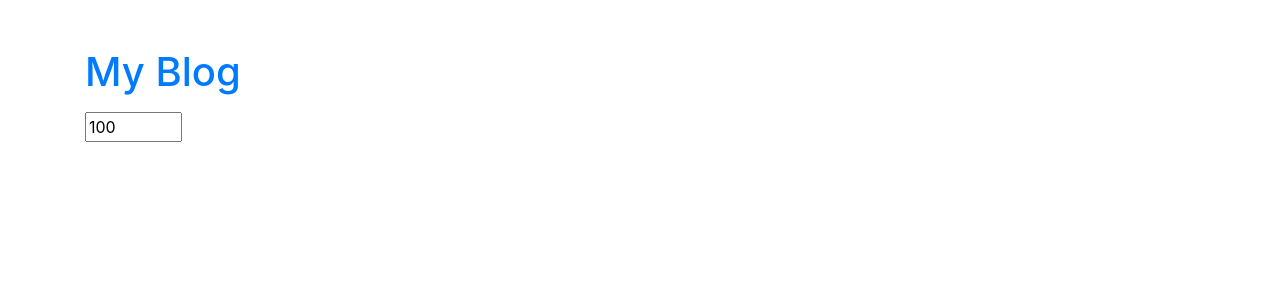
Repository: striver-69/Assignment_React
Page: /
An editor plug-in stored every save of this project. The page is shown before and after a run of saves, followed by the edit.
The browser window is 1280 px wide. The pictures show the whole page.
The page's requests for data from a server got no answer. The project was rebuilt for these pictures with package versions that can differ from the ones it lists, and the page was loaded fresh each time. No one was signed in, and anything a server would have sent is missing. Also part of the build but not shown: src/App.css.

Above is the page before, as saved 2021-04-05 23:26:22.

### public/index.html
<!DOCTYPE html>
<html lang="en">
  <head>
    <meta charset="utf-8" />
    <link rel="shortcut icon" href="%PUBLIC_URL%/favicon.ico" />
    <meta name="viewport" content="width=device-width, initial-scale=1" />
    <meta name="theme-color" content="#000000" />
    <!--
      manifest.json provides metadata used when your web app is installed on a
      user's mobile device or desktop. See https://developers.google.com/web/fundamentals/web-app-manifest/
    -->
    <link
      rel="stylesheet"
      href="https://stackpath.bootstrapcdn.com/bootstrap/4.3.1/css/bootstrap.min.css"
      integrity="sha384-ggOyR0iXCbMQv3Xipma34MD+dH/1fQ784/j6cY/iJTQUOhcWr7x9JvoRxT2MZw1T"
      crossorigin="anonymous"
    />
    <link rel="manifest" href="%PUBLIC_URL%/manifest.json" />
    <!--
      Notice the use of %PUBLIC_URL% in the tags above.
      It will be replaced with the URL of the `public` folder during the build.
      Only files inside the `public` folder can be referenced from the HTML.

      Unlike "/favicon.ico" or "favicon.ico", "%PUBLIC_URL%/favicon.ico" will
      work correctly both with client-side routing and a non-root public URL.
      Learn how to configure a non-root public URL by running `npm run build`.
    -->
    <title>React Pagination</title>
  </head>
  <body>
    <noscript>You need to enable JavaScript to run this app.</noscript>
    <div id="root"></div>
    <!--
      This HTML file is a template.
      If you open it directly in the browser, you will see an empty page.

      You can add webfonts, meta tags, or analytics to this file.
      The build step will place the bundled scripts into the <body> tag.

      To begin the development, run `npm start` or `yarn start`.
      To create a production bundle, use `npm run build` or `yarn build`.
    -->
  </body>
</html>

### src/App.js
import React, { useState, useEffect } from 'react';
// import Posts from './components/Posts';
// import Pagination from './components/Pagination';
// import axios from 'axios';
// import axios from './components/axios'
import axios from 'axios'
import './App.css';

const App = () => {
  const [limit,setLimit]=useState(100)
  const [success,setSuccess]=useState(false)
  const [launchFilter,setLaunchFilter]=useState(false)
  const [landFilter,useLandFilter]=useState(false)
  const [results, setResults] = useState([]);


  useEffect(()=>{
    async function fetchData(){
      const request=await axios.get('https://api.spaceXdata.com/v3/launches',{params:{
        limit:limit,
        launch_success:success
      }})
      setResults(request.data)
      return request
    }
    fetchData()
  },[limit])

  console.log(results)
  return (
    <div className='container mt-5'>
      <h1 className='text-primary mb-3'>My Blog</h1>
      <input type="number" min="1" max="100"value={limit} onChange={(e)=>setLimit(e.target.value)}/>
    </div>
  );
};

export default App;

### src/components/Results.js
import React,{useEffect} from 'react'

useEffect(()=>{
  async function fetchData(){
    const request=await axios.get('https://api.spaceXdata.com/v3/launches',{params:{
      limit:limit,
      launch_success:success
    }})
    setResults(request.data)
    return request
  }
  fetchData()
},[limit])

function Results() {
  return (
    <div>

    </div>
  )
}

export default Results

Loaded but not shown: src/index.js (common file)

After the next 4 saves:
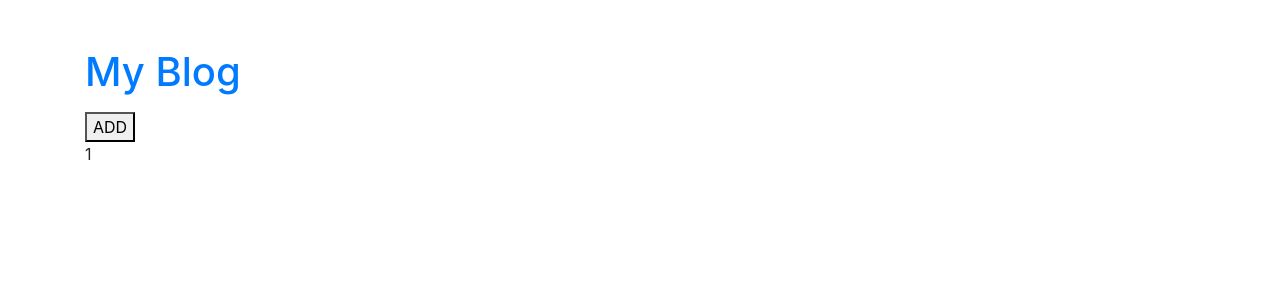
The 4 saves are shown as one change because 3 did not build or start.
The last was saved 5 min 10 s later.
--- a/src/App.js
+++ b/src/App.js
@@ -1,24 +1,16 @@
 import React, { useState, useEffect } from 'react';
-// import Posts from './components/Posts';
-// import Pagination from './components/Pagination';
-// import axios from 'axios';
-// import axios from './components/axios'
 import axios from 'axios'
 import './App.css';
+import Results from './components/Results';
 
 const App = () => {
-  const [limit,setLimit]=useState(100)
-  const [success,setSuccess]=useState(false)
-  const [launchFilter,setLaunchFilter]=useState(false)
-  const [landFilter,useLandFilter]=useState(false)
+  const [limit,setLimit]=useState(1)
   const [results, setResults] = useState([]);
-
 
   useEffect(()=>{
     async function fetchData(){
       const request=await axios.get('https://api.spaceXdata.com/v3/launches',{params:{
-        limit:limit,
-        launch_success:success
+        limit:limit
       }})
       setResults(request.data)
       return request
@@ -30,7 +22,8 @@ const App = () => {
   return (
     <div className='container mt-5'>
       <h1 className='text-primary mb-3'>My Blog</h1>
-      <input type="number" min="1" max="100"value={limit} onChange={(e)=>setLimit(e.target.value)}/>
+      <button onClick={()=>setLimit(limit+1)}>ADD</button>
+      <Results limit={limit} results={results}/>
     </div>
   );
 };
--- a/src/components/Results.js
+++ b/src/components/Results.js
@@ -1,21 +1,13 @@
-import React,{useEffect} from 'react'
-
-useEffect(()=>{
-  async function fetchData(){
-    const request=await axios.get('https://api.spaceXdata.com/v3/launches',{params:{
-      limit:limit,
-      launch_success:success
-    }})
-    setResults(request.data)
-    return request
-  }
-  fetchData()
-},[limit])
-
-function Results() {
+import React from 'react'
+function Results({limit,results}) {
   return (
     <div>
-
+    {limit}
+      {
+        results.map((result)=>{
+          return <li>{result.launch_year}</li>
+        })
+      }
     </div>
   )
 }
